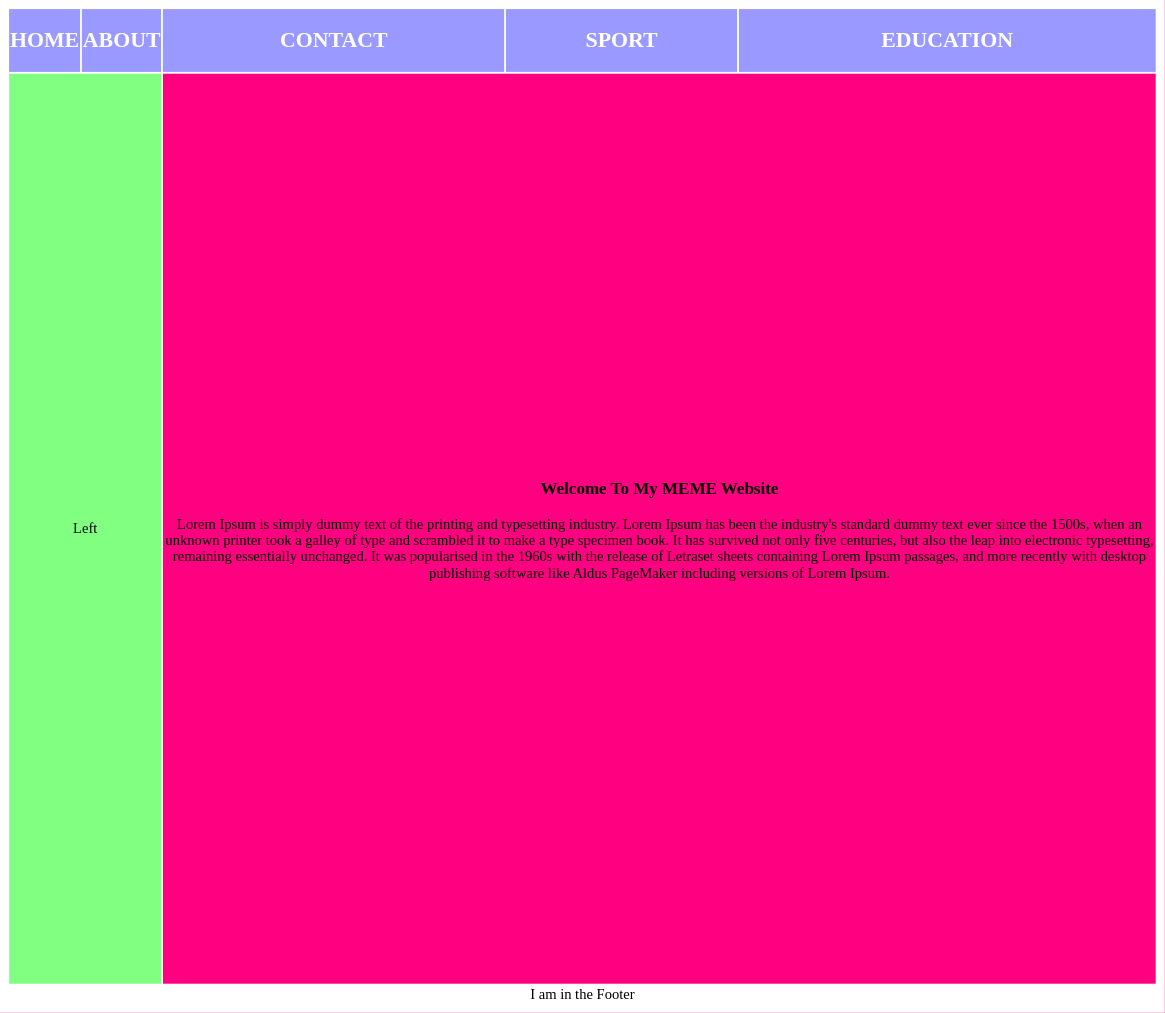
Repository: LiamMcC/webforDunboyne
Page: memewebsite/index.html
The author's editor kept a record of every edit. The page is drawn from the files as they stood at one moment, then again after the next edit.
The browser window is 1280 px wide. The pictures show the whole page, at 91% of full size.

Above is the page before.

After the next edit:
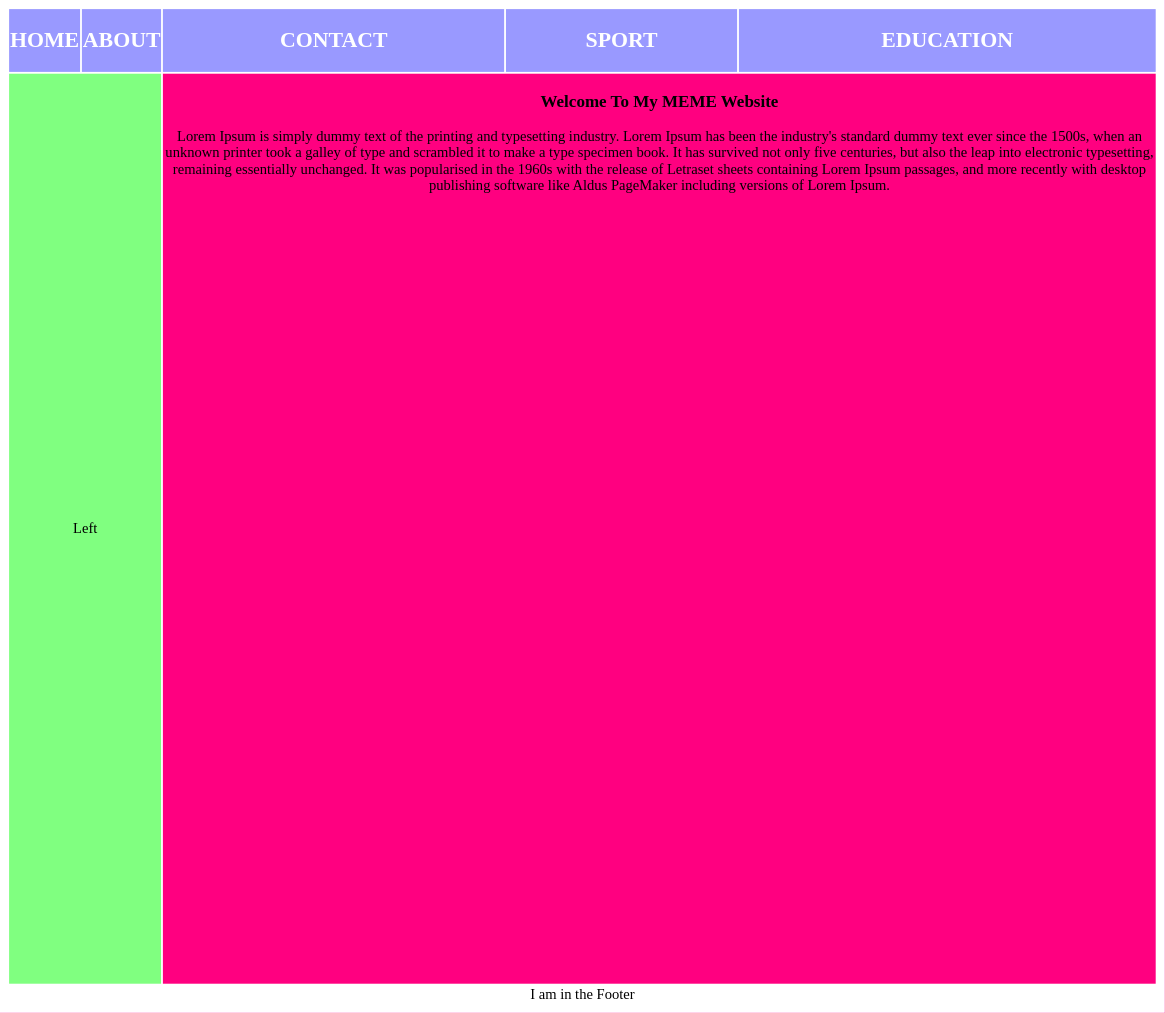
The edit:
--- a/memewebsite/index.html
+++ b/memewebsite/index.html
@@ -23,7 +23,7 @@
 
               <!-- Main content -->
 
-              <td colspan="3" style="background-color:#ff0080;">
+              <td colspan="3" style="background-color:#ff0080;vertical-align: top;">
 
                   <h3>Welcome To My MEME Website</h3>
 
